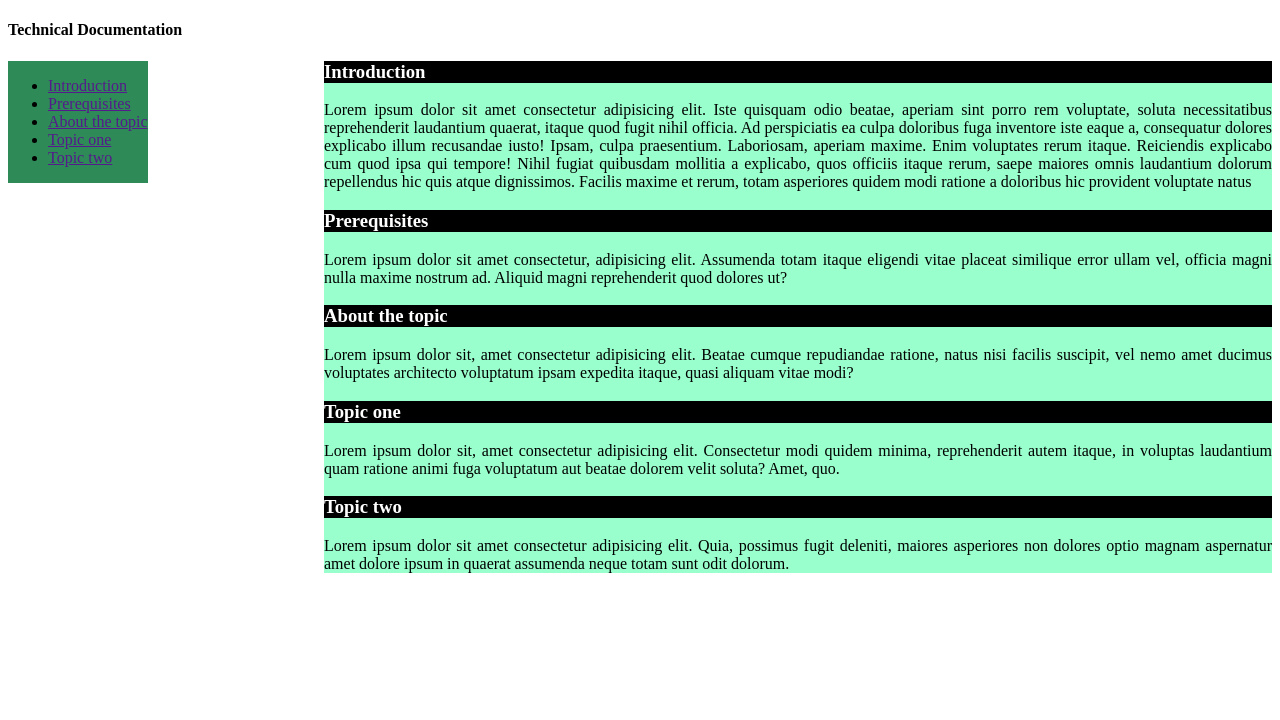
Repository: JoaoLemesDEV/Excercise-Tech-Documentation-Page
Page: index.html
The author's editor kept a copy of each file at every save. The page is drawn from the files as they stood at one save, then again after the next save.
The browser window is 1280 px wide. The pictures show the whole page.

Above is the page before, as saved 2021-10-03 21:14:21.

### index.html
<!DOCTYPE html>
<html lang="en">
  <head>
    <meta charset="UTF-8" />
    <meta http-equiv="X-UA-Compatible" content="IE=edge" />
    <meta name="viewport" content="width=device-width, initial-scale=1.0" />
    <title>Technical Documentaion</title>
    <link rel="stylesheet" href="index.css" />
  </head>
  <body>
    <div class="wrapper">
      <header><h4>Technical Documentation</h4></header>
      <div id="menu">
        <nav>
          <ul>
            <li><a href="">Introduction</a></li>
            <li><a href="">Prerequisites</a></li>
            <li><a href="">About the topic</a></li>
            <li><a href="">Topic one</a></li>
            <li><a href="">Topic two</a></li>
          </ul>
        </nav>
      </div>
      <div id="contents">
        <section id="introduction">
          <h3 style="background: black; color: white">Introduction</h3>
          <p>
            Lorem ipsum dolor sit amet consectetur adipisicing elit. Iste
            quisquam odio beatae, aperiam sint porro rem voluptate, soluta
            necessitatibus reprehenderit laudantium quaerat, itaque quod fugit
            nihil officia. Ad perspiciatis ea culpa doloribus fuga inventore
            iste eaque a, consequatur dolores explicabo illum recusandae iusto!
            Ipsam, culpa praesentium. Laboriosam, aperiam maxime. Enim
            voluptates rerum itaque. Reiciendis explicabo cum quod ipsa qui
            tempore! Nihil fugiat quibusdam mollitia a explicabo, quos officiis
            itaque rerum, saepe maiores omnis laudantium dolorum repellendus hic
            quis atque dignissimos. Facilis maxime et rerum, totam asperiores
            quidem modi ratione a doloribus hic provident voluptate natus
          </p>
        </section>
        <section id="Prerequisites">
          <h3 style="background: black; color: white">Prerequisites</h3>
          <p>
            Lorem ipsum dolor sit amet consectetur, adipisicing elit. Assumenda
            totam itaque eligendi vitae placeat similique error ullam vel,
            officia magni nulla maxime nostrum ad. Aliquid magni reprehenderit
            quod dolores ut?
          </p>
        </section>
        <section id="about the topic">
          <h3 style="background: black; color: white">About the topic</h3>
          <p>
            Lorem ipsum dolor sit, amet consectetur adipisicing elit. Beatae
            cumque repudiandae ratione, natus nisi facilis suscipit, vel nemo
            amet ducimus voluptates architecto voluptatum ipsam expedita itaque,
            quasi aliquam vitae modi?
          </p>
        </section>
        <section id="topic one">
          <h3 style="background: black; color: white">Topic one</h3>
          <p>
            Lorem ipsum dolor sit, amet consectetur adipisicing elit.
            Consectetur modi quidem minima, reprehenderit autem itaque, in
            voluptas laudantium quam ratione animi fuga voluptatum aut beatae
            dolorem velit soluta? Amet, quo.
          </p>
        </section>
        <section id="topic two">
          <h3 style="background: black; color: white">Topic two</h3>
          <p>
            Lorem ipsum dolor sit amet consectetur adipisicing elit. Quia,
            possimus fugit deleniti, maiores asperiores non dolores optio magnam
            aspernatur amet dolore ipsum in quaerat assumenda neque totam sunt
            odit dolorum.
          </p>
        </section>
      </div>
    </div>
  </body>
</html>

### index.css
#menu{
float: left;
background-color: seagreen;
grid-row-start: 1;
grid-row-end: 2;

}

.wrapper {
    //display: grid;
    //grid-template-columns: 100px 100px 100px;
    //grid-template-rows: 150px 150px;
}

#menu h4{
margin-left: 25px;
background-color: blue;
}

#contents{
  background-color: cadetblue;
	margin-left: 25%;
	background: #9FC;
  text-align: justify;
}

After the next save:
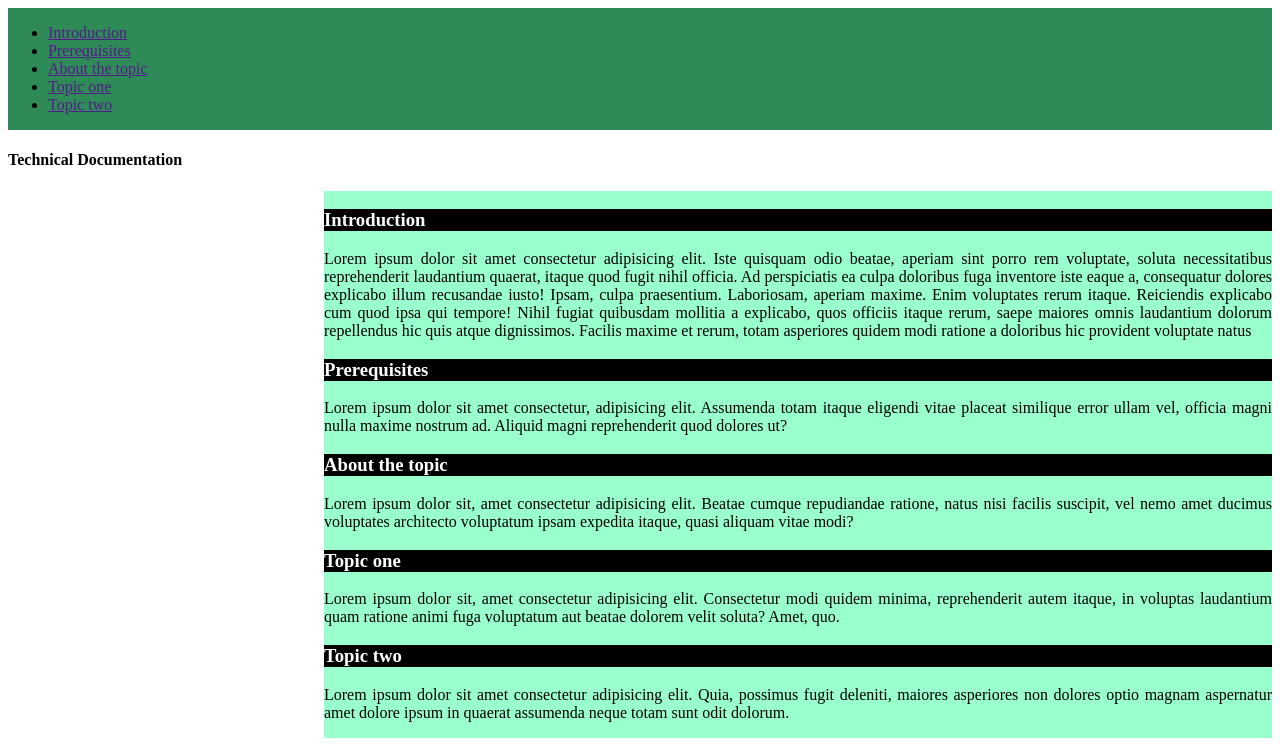
Saved 6 min 39 s later.
--- a/index.css
+++ b/index.css
@@ -7,7 +7,7 @@ grid-row-end: 2;
 }
 
 .wrapper {
-    //display: grid;
+    display: grid;
     //grid-template-columns: 100px 100px 100px;
     //grid-template-rows: 150px 150px;
 }
